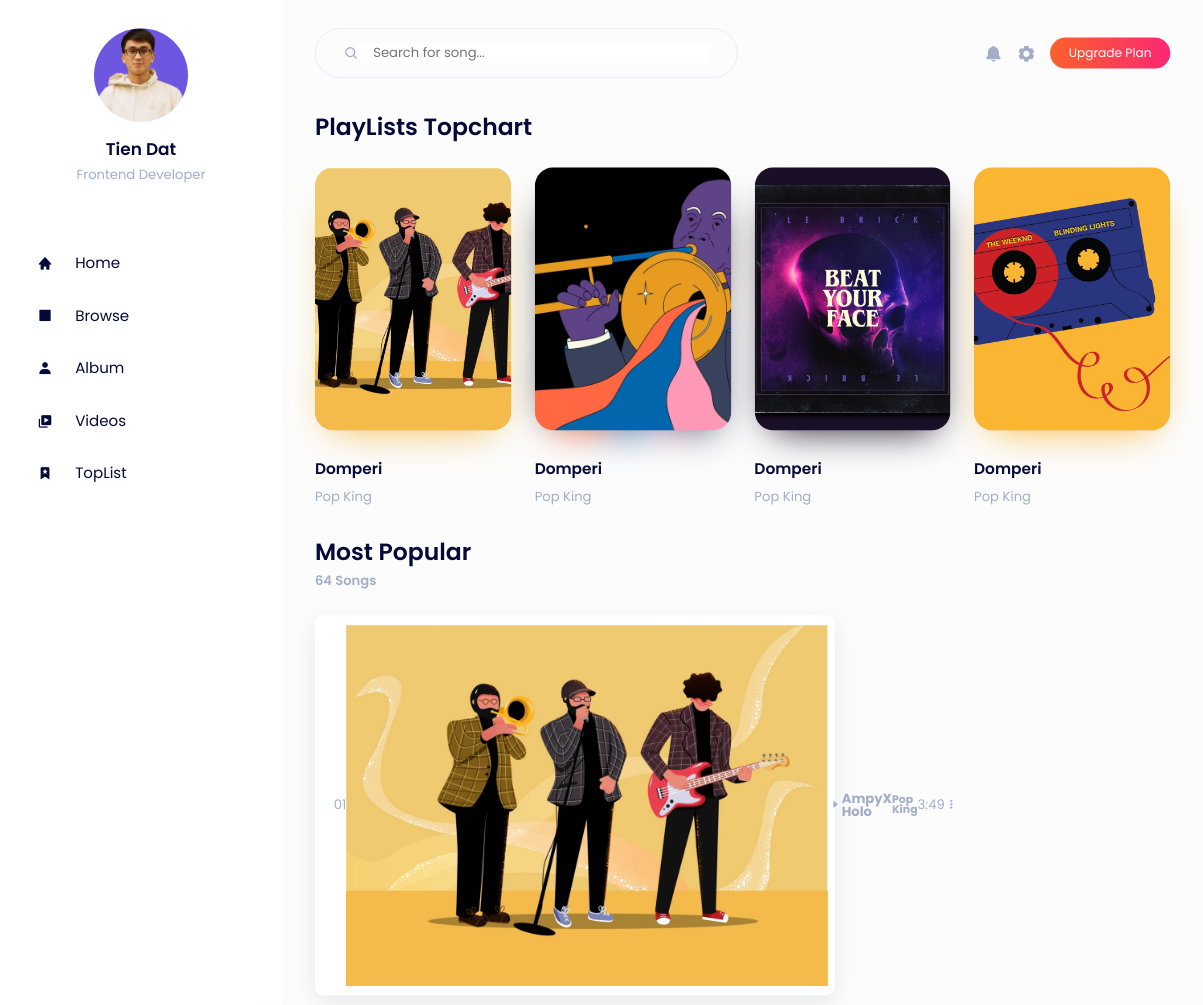
Repository: Datt21/music-webapp
Page: index.html
These files come from the project's save history. The page is drawn as it stood at one moment and after the next save; the edit follows.
The browser window is 1280 px wide. The pictures show the whole page, at 94% of full size.
The style sheet was rebuilt from its Sass, Less or Tailwind sources for each picture, by a compiler version that may differ from the author's.

Above is the page before, as saved 2021-09-05 06:10:24.

After the next save:
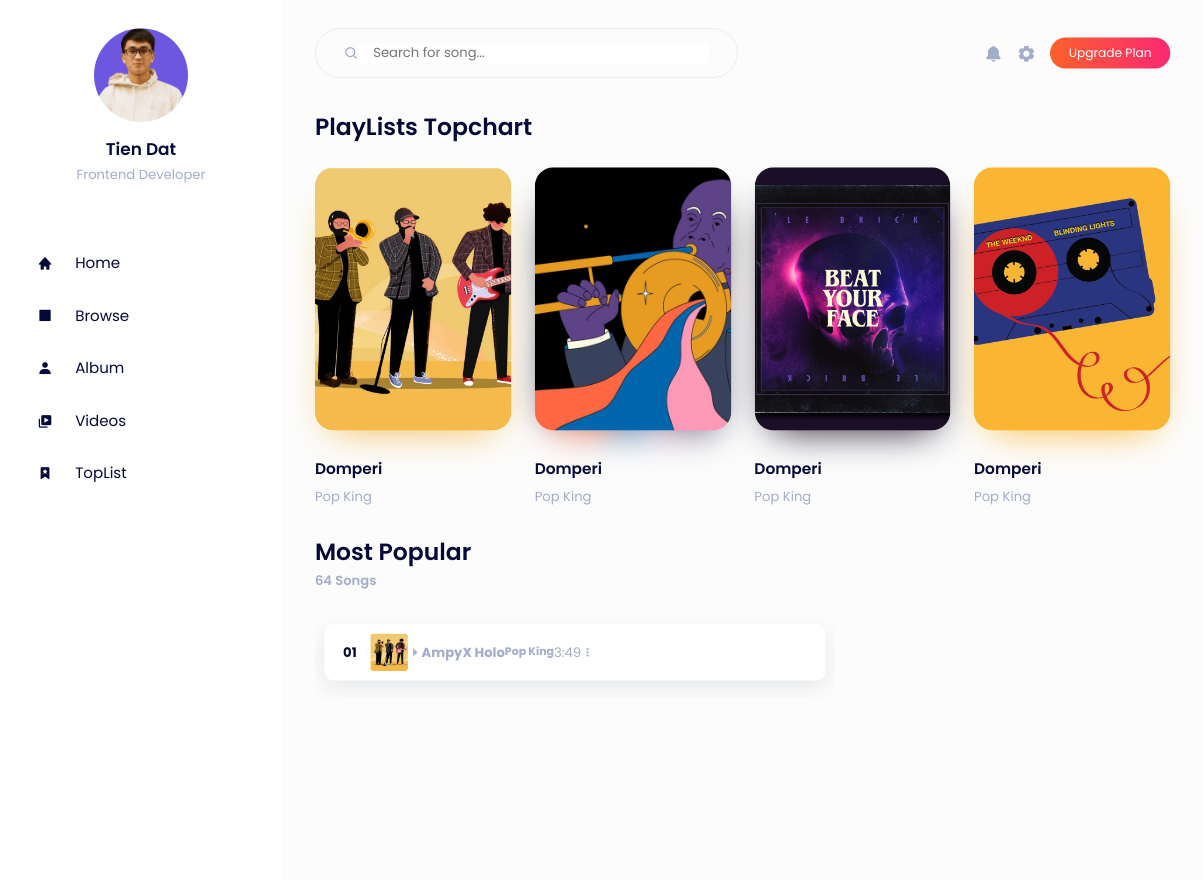
Saved 4 min 1 s later.
--- a/app.scss
+++ b/app.scss
@@ -230,6 +230,17 @@
     grid-gap: 25px;
 }
 
+.song-list {
+    padding: 10px;
+    max-height: 420px;
+    overflow-y: auto;
+    -ms-overflow-style: none;
+    scrollbar-width: none;
+    &::-webkit-scrollbar {
+        display: none;
+    }
+}
+
 .song {
     padding: 10px 20px;
     background-color: white;
@@ -239,4 +250,16 @@
     align-items: center;
     margin-bottom: 10px;
     cursor: pointer;
-}
+    &-index {
+        font-weight: bold;
+        color: $gray;
+        margin-right: 15px;
+    }
+    &-image {
+        width: 40px;
+        height: 40px;
+        border-radius: 4px;
+        object-fit: cover;
+        flex-shrink: 0;
+    }
+}
